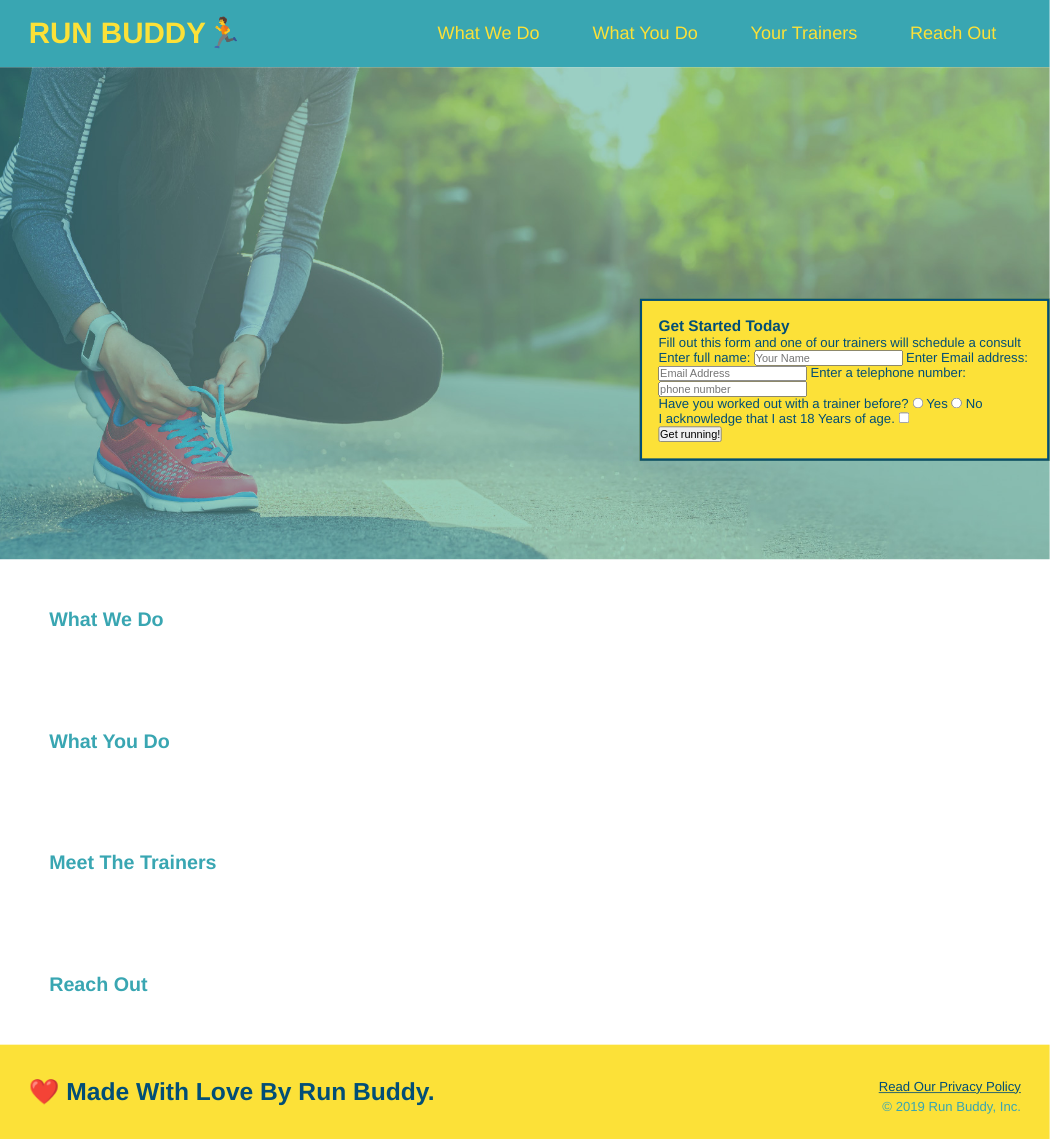
Repository: pilar122/run-buddy
Page: index.html
The author's editor kept a copy of each file at every save. The page is drawn from the files as they stood at one save, then again after the next save.
The browser window is 1280 px wide. The pictures show the whole page, at 82% of full size.

Above is the page before, as saved 2023-01-21 14:26:03.

### index.html
<!DOCTYPE html>
<html lang="en">
    <head>
        <meta charset="UTF-8"/>
        <title>Run Buddy</title>
        <link rel="stylesheet" href="./assets/css/style.css" />
    </head>
    <body>
        <!-- navigation -->
        <header>
            <h1>
                <a href="/"> RUN BUDDY🏃</a>
            </h1>
            <nav>
                <ul><!--Unordered list element-->
                    <li> <!--List item element-->
                        <a href="#what-we-do">What We Do</a> <!--Anchor Element-->
                    </li>
                    <li>
                        <a href="#what-you-do">What You Do</a>
                    </li>
                    <li>
                        <a href="#your-trainers">Your Trainers</a>
                    </li>
                    <li>
                        <a href="#reach-out">Reach Out</a>
                    </li>
                </ul>
            </nav>
        </header>

        <!--hero/jumbotron-->
        <section class="hero">
            <div class="hero-form">
                <h3>Get Started Today</h3>
                <p>Fill out this form and one of our trainers will schedule a consult</p>
                <!--form element-->
                <form>
                    <!--form input-->
                    <label for="name">Enter full name:</label>
                    <input type="text" placeholder="Your Name" name="name" id="name"/>
                    <label for="email">Enter Email address:</label>
                    <input type="email" placeholder="Email Address" name="email" id="email"/>
                    <label for="phone">Enter a telephone number:</label>
                    <input type="tel" placeholder="phone number" name="phone" id="phone"/>
                    <!--button for selection-->
                    <p>
                        Have you worked out with a trainer before?
                        <input type="radio" name="trainer-confirm" id="trainer-yes"/>
                        <label for="trainer-yes">Yes</label>
                        <input type="radio" name="trainer-confirm" id="trainer-no"/>
                        <label for="trainer-no">No</label>
                    </p>
                    <p>
                        <label for="checkbox">
                        I acknowledge that I ast 18 Years of age.
                        </label>
                        <input type="checkbox" name="age-confirm" id="checkbox"/>
                    </p>
                    <!--the submit button-->
                    <button type="submit">
                        Get running!
                    </button>
                </form>
            </div>
        </section>
        <!--end hero-->

        <!--"what we do" section-->
        <section>
            <h2>What We Do</h2>
        </section>

        <!--"What You Do" section-->
        <section>
            <h2>What You Do</h2>
        </section>

        <!--"Meet The Trainers" section-->
        <section>
            <h2>Meet The Trainers</h2>
        </section>

        <!--"Reach Out" section-->
        <section>
            <h2>Reach Out</h2>
        </section>

        <!--Footer-->
        <footer>
            <h2>❤️ Made With Love By Run Buddy.</h2>
            <div>
                <a href="#">Read Our Privacy Policy</a><br />
                &copy; 2019 Run Buddy, Inc.
            </div>
        </footer>
    </body>
</html>

### assets/css/style.css
/*This is to remove the default browser enforced styled*/
* {
    margin: 0;
    padding: 0;
    box-sizing: border-box;
}

body {
    /*This changes the elements in the body*/
    color: #39a6b2;
    font-family: Helvetica, Arial, sans-serif;
}

/*Applying style to the header*/
header {
    padding: 20px 35px;
    background-color: #39a6b2;
}

header h1 {
    font-weight: bold;
    font-size: 36px;
    color: #fce138;
    margin: 0;
    display: inline; /*This moved the nav on the right hand side up*/
}

header a {
    text-decoration: none;
    color: #fce138;
}

header nav {
    float: right;
    margin: 7px 0;
}

header nav ul li {
    display: inline; /*horizontally in a row*/
}

header nav ul li a {
    margin: 0 30px;
    font-weight: lighter;
    font-size: 22px;
}

footer {
    background: #fce138;
    width: 100%;
    padding: 40px 35px;
}

footer h2 {
    display: inline;
    color: #024e76;
    font-size: 30px;
    margin: 0;
}

footer div {
    float: right;
    line-height: 1.5;
    text-align: right;
}

footer a {
    color: #024e76;
}

section {
    padding: 60px;
}
/*Hero style start*/
.hero {
    background-image: url("../images/hero-bg.jpeg");
    height: 600px;
    background-size: cover;
    background-position: center;
    position: relative;
}
/*hero style end*/

.hero-form {
    border: 3px solid #024e76;
    background-color: #fce138;
    padding: 20px;
    width: 500px;
    color: #024e76;
    position: absolute;
    bottom: 120px;
    right: 0px;
}

After the next save:
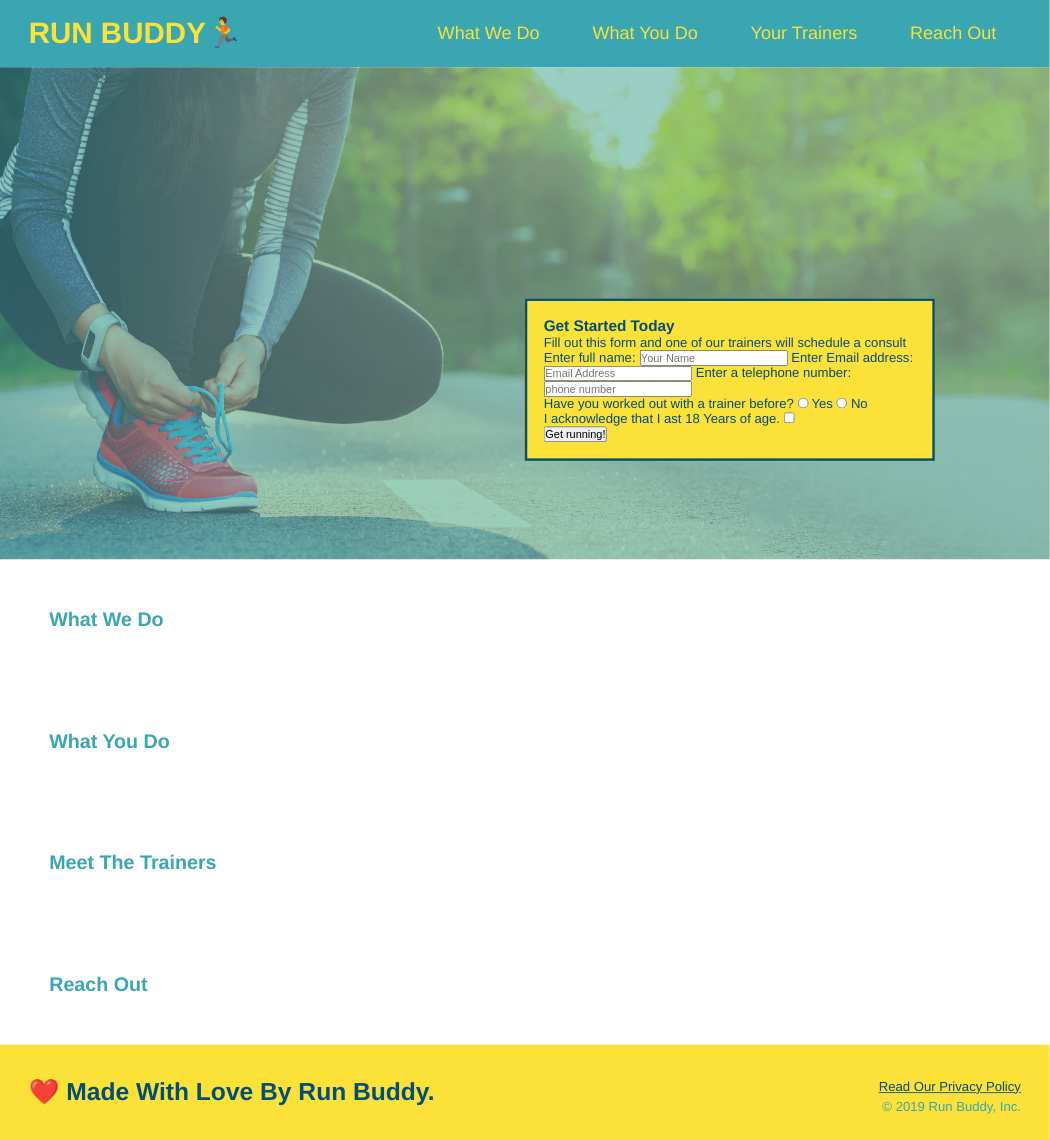
Saved 5 s later.
--- a/assets/css/style.css
+++ b/assets/css/style.css
@@ -89,5 +89,5 @@ section {
     color: #024e76;
     position: absolute;
     bottom: 120px;
-    right: 0px;
+    right: 140px;
 }
